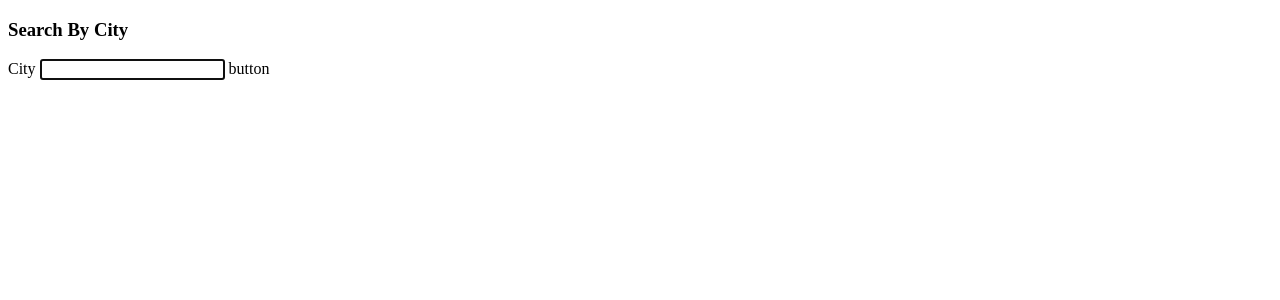
Repository: UPye/WeatherDashboard
Page: Index.html
The author's editor kept a copy of each file at every save. The page is drawn from the files as they stood at one save, then again after a run of saves.
The browser window is 1280 px wide. The pictures show the whole page.

Above is the page before, as saved 2021-01-31 15:29:42.

### Index.html
<!DOCTYPE html>
<html lang="en">
<head>
    <meta charset="UTF-8">
    <meta name="viewport" content="width=device-width, initial-scale=1.0">
    <title>Weather Dashboard</title>
</head>
<body>




    <main class="flex-row justify-space-between">
        <div class="col-12 col-md-4">
            <div class="card">
                <h3 class="card-header">
                    Search By City
                </h3>
                <form id="city-form" class="card-body">
                    <label for="city" class="from-label">City</label>
                    <input type="text" id="city" autofocus="true" class="form-input" />
                    button
                </form>
            </div>
        </div>
    </main>
</body>
</html>

After the next 2 saves:
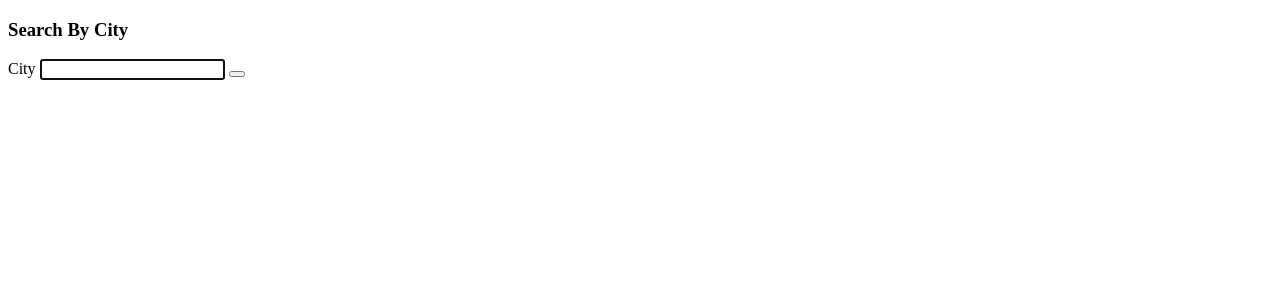
The 2 saves are shown as one change because they came seconds apart.
The last was saved 8 s later.
--- a/Index.html
+++ b/Index.html
@@ -19,7 +19,7 @@
                 <form id="city-form" class="card-body">
                     <label for="city" class="from-label">City</label>
                     <input type="text" id="city" autofocus="true" class="form-input" />
-                    button
+                    <button class="btn"></button>
                 </form>
             </div>
         </div>
